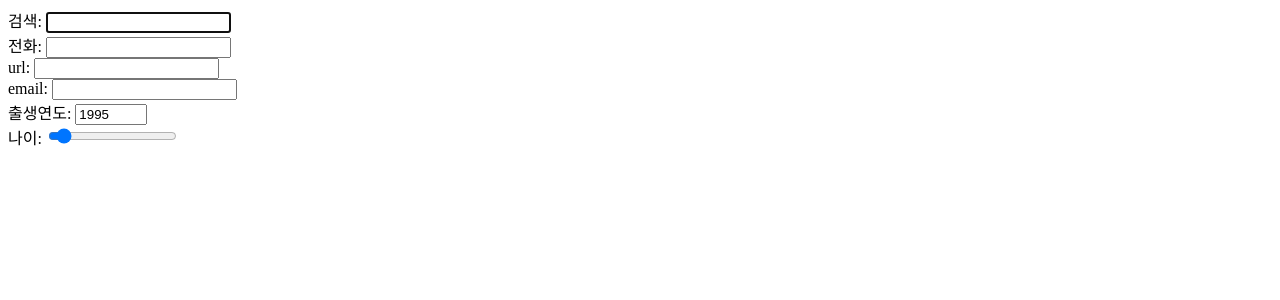
Repository: Jin0207/html_css
Page: day1130/src/main/webapp/enhancedTag.html
These files come from the project's save history. The page is drawn as it stood at one moment and after the next save; the edit follows.
The browser window is 1280 px wide. The pictures show the whole page.

Above is the page before, as saved 2021-11-30 06:34:11.

### day1130/src/main/webapp/enhancedTag.html
<!DOCTYPE html>
<html>
<head>
<meta charset="EUC-KR">
<title>Insert title here</title>
</head>
<body>
	<form action="enhancedTag.jsp" method="post">
		검색: <input type="search" name="keyword" autofocus="autofocus"> <br>
		전화: <input type="tel" name="tel" required="required"> <br>
		url: <input type="url" name="url"> <br>
		email: <input type="email" name="email" required="required"> <br>
		출생연도: <input type="number" name="year" min="1900" max="2021" value="1995" required="required"> <br>
		나이: <input type="range" name="age" min="20" max="100" value="26" required="required"> <br>
	</form>
</body>
</html>

After the next save:
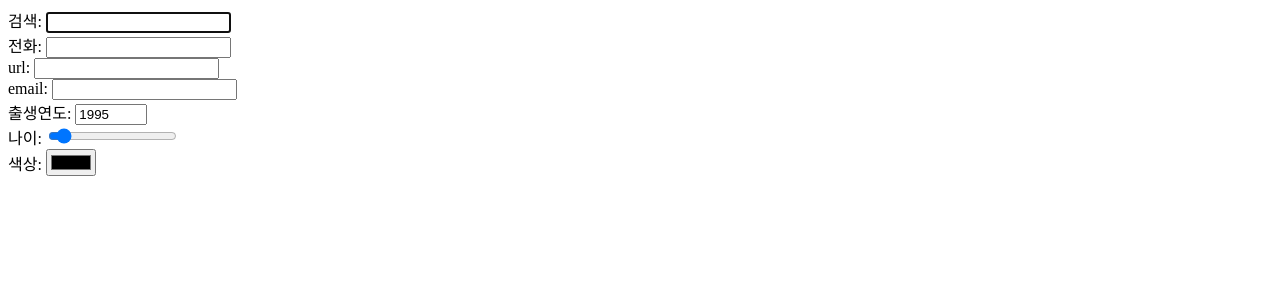
Saved 23 s later.
--- a/day1130/src/main/webapp/enhancedTag.html
+++ b/day1130/src/main/webapp/enhancedTag.html
@@ -12,6 +12,7 @@
 		email: <input type="email" name="email" required="required"> <br>
 		출생연도: <input type="number" name="year" min="1900" max="2021" value="1995" required="required"> <br>
 		나이: <input type="range" name="age" min="20" max="100" value="26" required="required"> <br>
+		색상: <input type="color" name="color">
 	</form>
 </body>
 </html>
